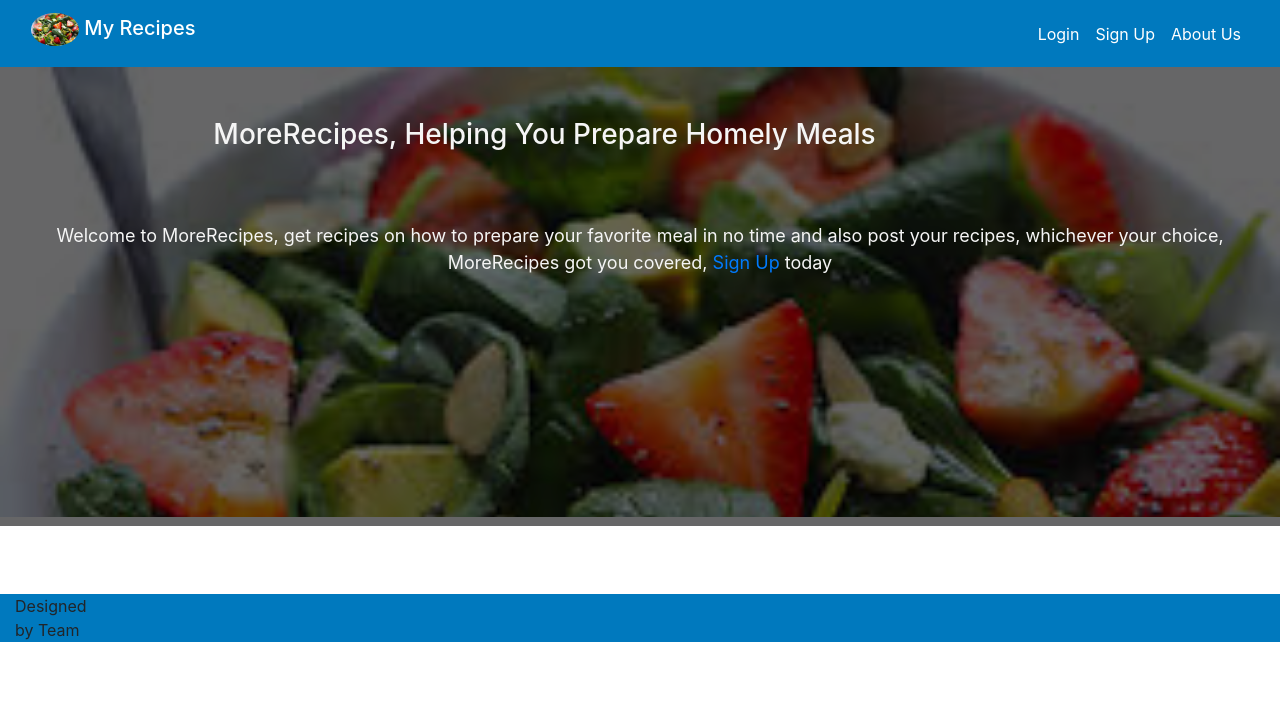
Repository: UggoPrince/more-recipes
Page: html/index.html
These files come from the project's save history. The page is drawn as it stood at one moment and after the next save; the edit follows.
The browser window is 1280 px wide. The pictures show the whole page.

Above is the page before, as saved 2018-07-30 07:13:00.

### html/index.html
<html lang="en">
<head>
  <meta charset="UTF-8">
  <meta name="viewport" content="width=device-width, initial-scale=1.0">
  <meta http-equiv="X-UA-Compatible" content="ie=edge">
  <link rel="stylesheet" href="https://maxcdn.bootstrapcdn.com/bootstrap/4.0.0/css/bootstrap.min.css" integrity="sha384-Gn5384xqQ1aoWXA+058RXPxPg6fy4IWvTNh0E263XmFcJlSAwiGgFAW/dAiS6JXm" crossorigin="anonymous"/>
  <style>
    main {
      background-color: rgba(0, 0, 3, 0.6);
      color: whitesmoke;
    }
    div#content {
      background-size: 100vw;
      background-repeat: no-repeat;
      background-image: url(../img/nav-image.jpg);
      background-size: cover;
      height: 450px;
      background-repeat: no-repeat;
    }
    nav {
      background-color: #0079be;
      color: white;
    }
    .nav-link {
      color: white;
    }
  </style>
  <title>My Recipes Homepage</title>
</head>
<body>
  <nav class="xnav navbar navbar-expand-lg">
    <div class="container-fluid">
      <h3 style="color: white;" class="navbar-brand">
        <img class="rounded-circle" src="../img/nav-image.jpg" style="width: 48px;" alt="logo"/>
        My Recipes
      </h3>
      <button class="navbar-toggler" type="button" data-toggle="collapse" aria-controls="navDropdown" aria-expanded="false" aria-label="Toggle Navigation" data-target="#navDropdown" >
        <span class="navbar-toggler-icon"></span>
      </button>
      <div class="collapse navbar-collapse justify-content-end brand-anchor" id="navDropdown">
        <ul class="navbar-nav">
          <li class="nav-item">
            <a class="nav-link" href="login.html">Login</a>
          </li>
          <li class="nav-item">
            <a class="nav-link" href="signup.html">Sign Up</a>
          </li>
          <li class="nav-item">
            <a class="nav-link" href="about.html">About Us</a>
          </li>
        </ul>
      </div>
    </div>
  </nav>
  <div id="content">
    <main class="container-fluid">
      <div class="row">
        <div class="offset-2 col-8;" style="margin-top: 4%;">
            <h3>MoreRecipes, Helping You Prepare Homely Meals</h3>
        </div>
      </div>
      <center>
        <div style="padding-top: 5%; padding-bottom: 20%; font-size: 18px;">
          Welcome to MoreRecipes, get recipes on how to prepare your favorite meal in no time and also post your recipes, whichever your choice, MoreRecipes got you covered, <a href="signup.html">Sign Up</a> today
        </div>
      </center>
    </main>
  </div>
  <footer class="container-fluid" style="background-color: #0079be; margin-top: 6%">
    <div class="row">
      <div class="col-1">Designed by Team</div>
    </div>
  </footer>
</body>
</html>

After the next save:
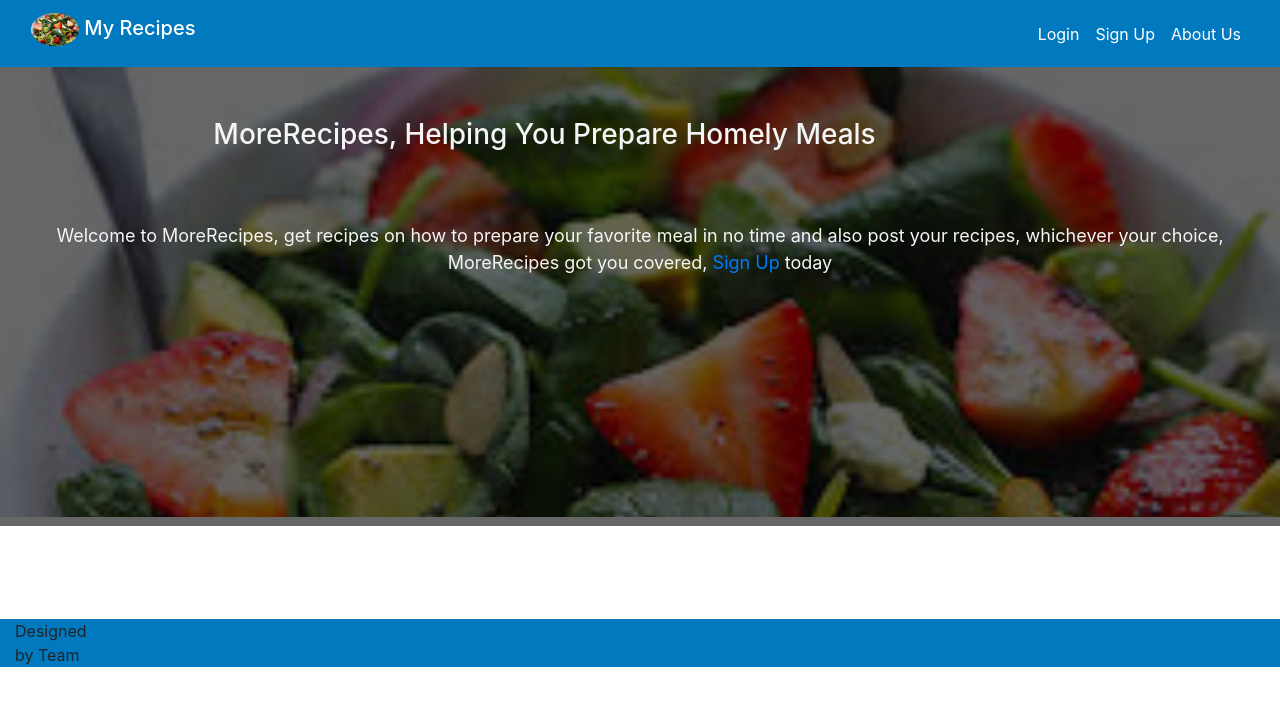
Saved 4 s later.
--- a/html/index.html
+++ b/html/index.html
@@ -66,7 +66,7 @@
       </center>
     </main>
   </div>
-  <footer class="container-fluid" style="background-color: #0079be; margin-top: 6%">
+  <footer class="container-fluid" style="background-color: #0079be; margin-top: 8%">
     <div class="row">
       <div class="col-1">Designed by Team</div>
     </div>
